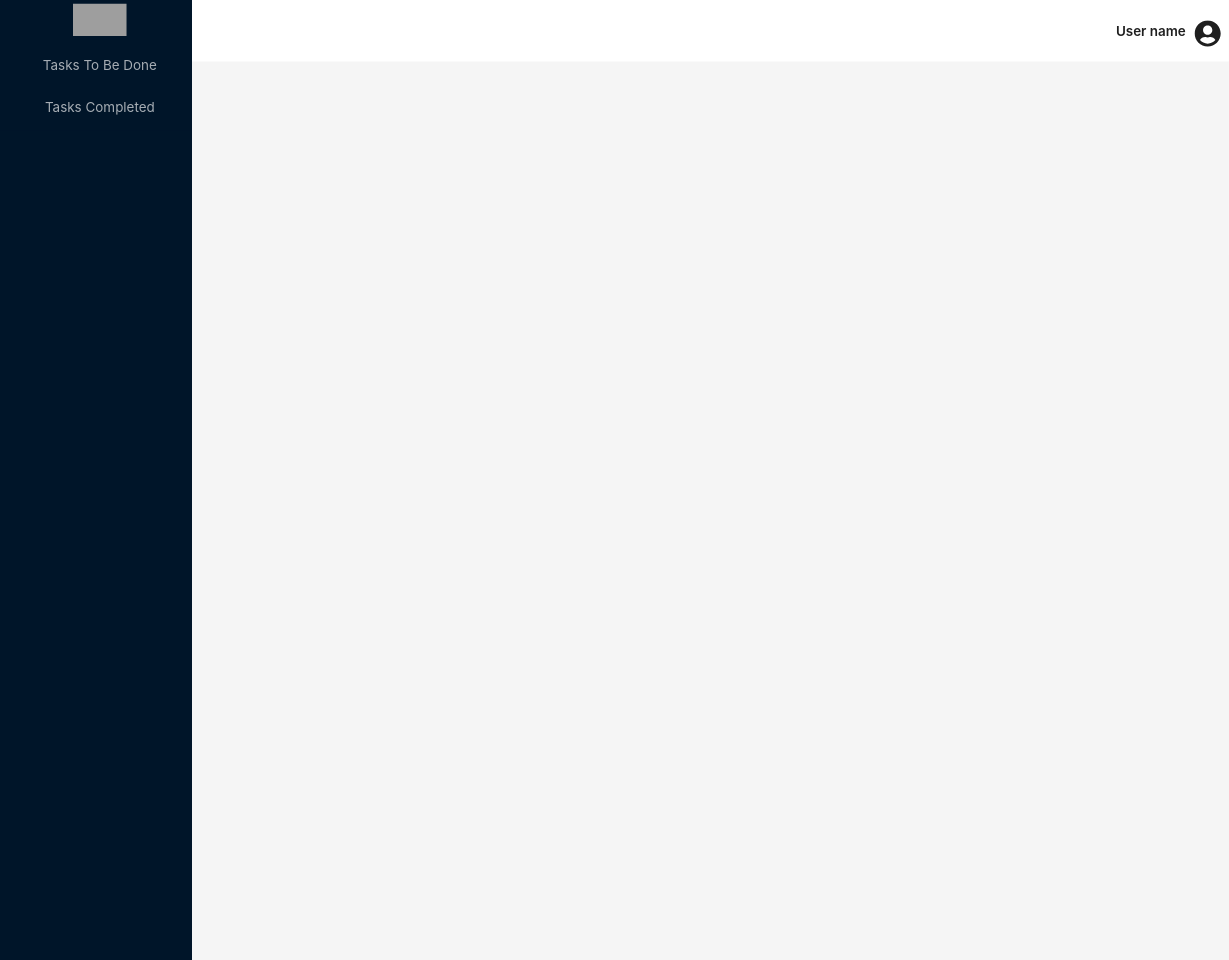
Repository: runner855/todolist_new
Page: /
These files come from the project's save history. The page is drawn as it stood at one moment and after the next save; the edit follows.
The browser window is 1280 px wide. The pictures show the whole page, at 96% of full size.
Pictures or frames that could not be fetched are drawn as grey boxes. The project was rebuilt for these pictures with package versions that can differ from the ones it lists, and the page was loaded fresh each time.

Above is the page before, as saved 2023-03-19 21:49:47.

After the next save:
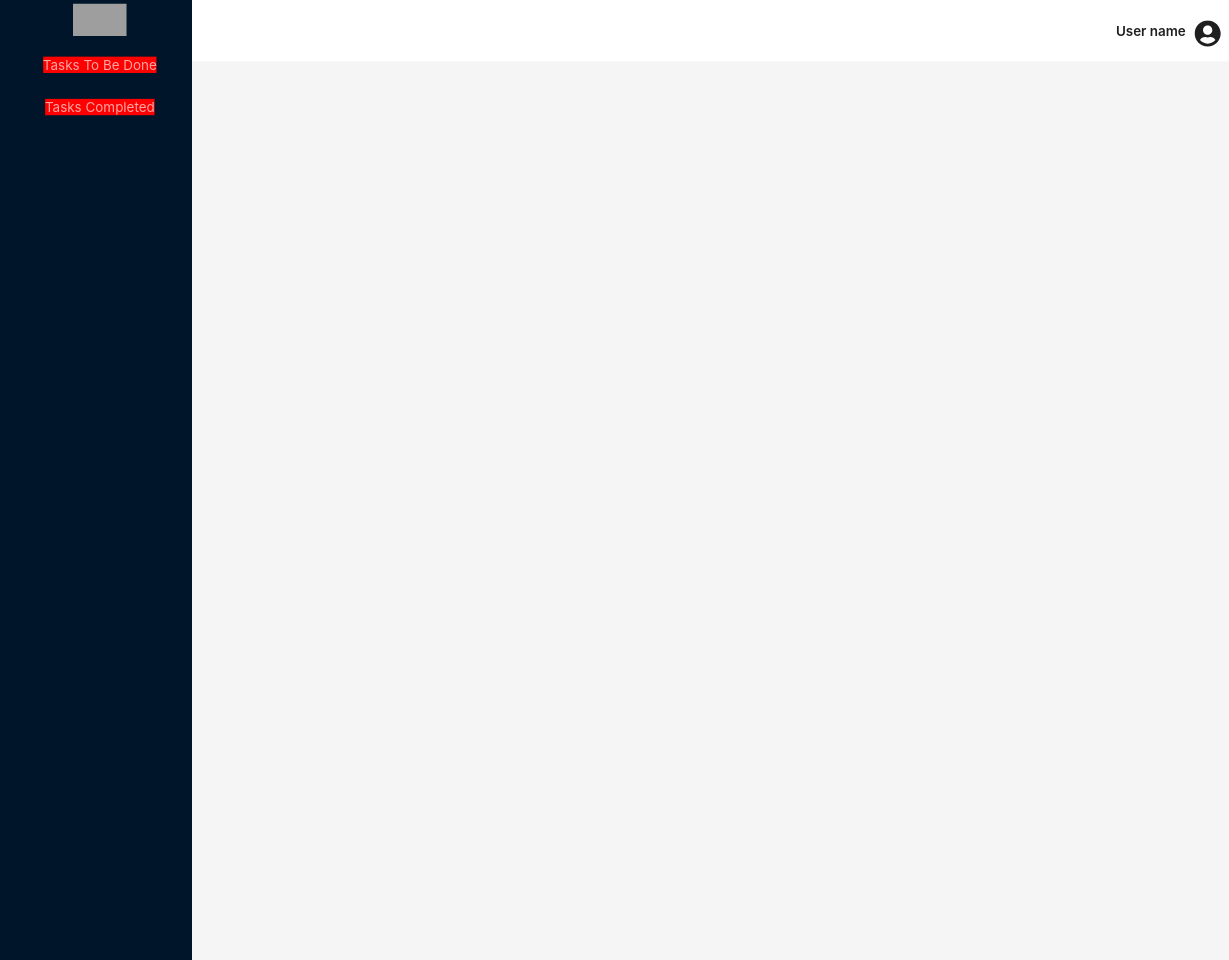
Saved 12 s later.
--- a/src/components/NavBar/NavBar.css
+++ b/src/components/NavBar/NavBar.css
@@ -29,3 +29,7 @@ li {
 img {
   height: 3em;
 }
+
+.hello {
+  background-color: red;
+}

After the save that followed:
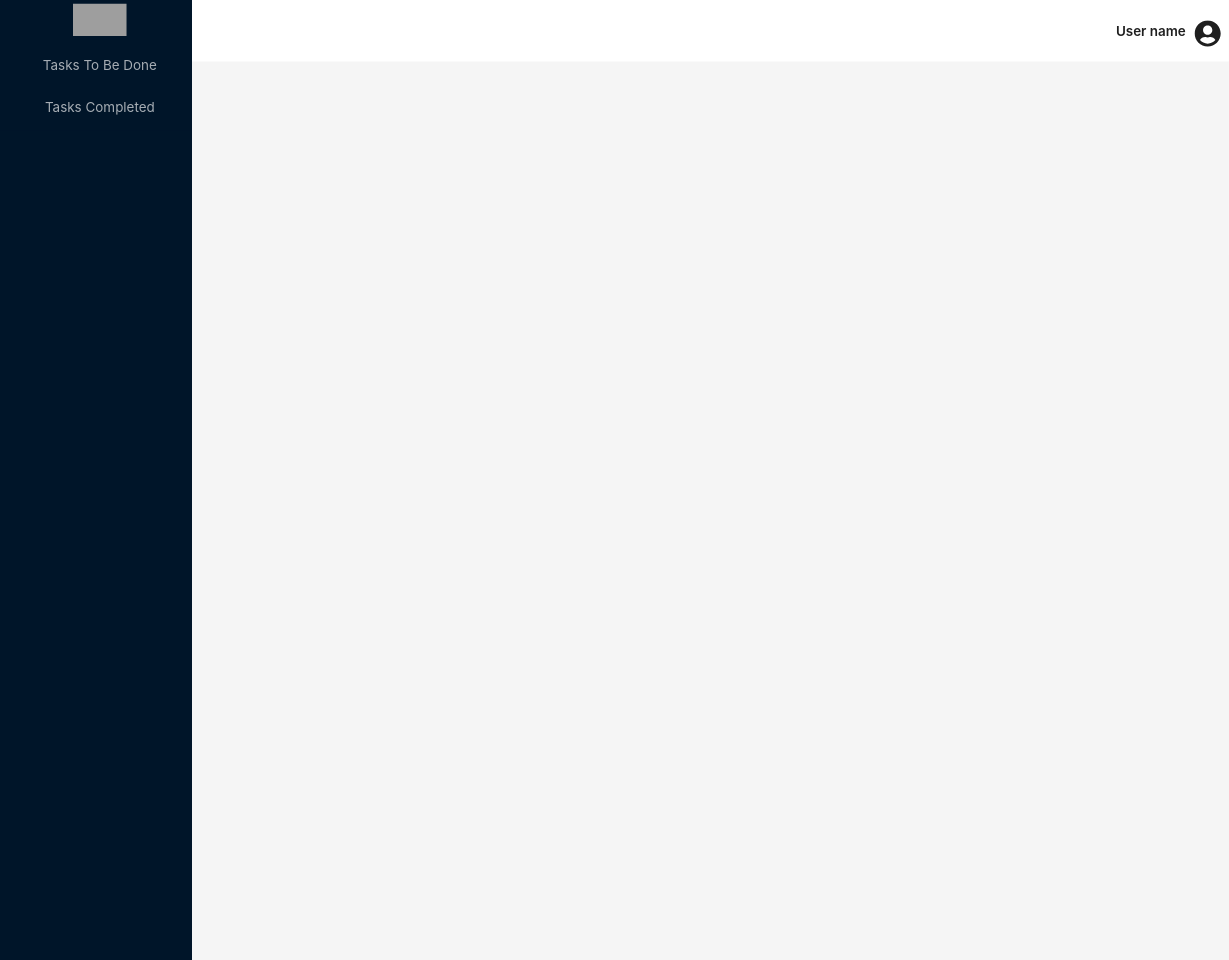
Saved 8 s later.
--- a/src/components/NavBar/NavBar.css
+++ b/src/components/NavBar/NavBar.css
@@ -29,7 +29,3 @@ li {
 img {
   height: 3em;
 }
-
-.hello {
-  background-color: red;
-}
